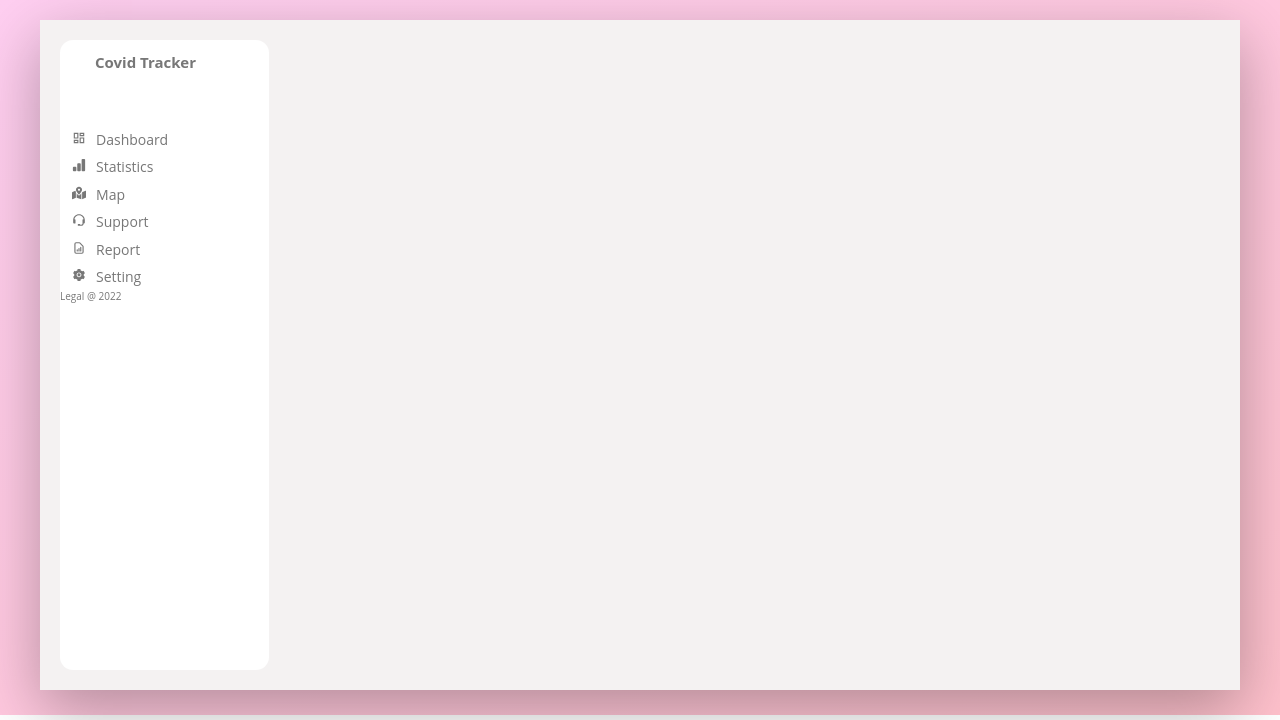
Repository: okidijimmy200/CovidAdminTracker
Page: /
An editor plug-in stored every save of this project. The page is shown before and after a run of saves, followed by the edit.
The browser window is 1280 px wide. The pictures show the whole page.
The project was rebuilt for these pictures with package versions that can differ from the ones it lists, and the page was loaded fresh each time.

Above is the page before, as saved 2022-06-16 11:30:27.

After the next 2 saves:
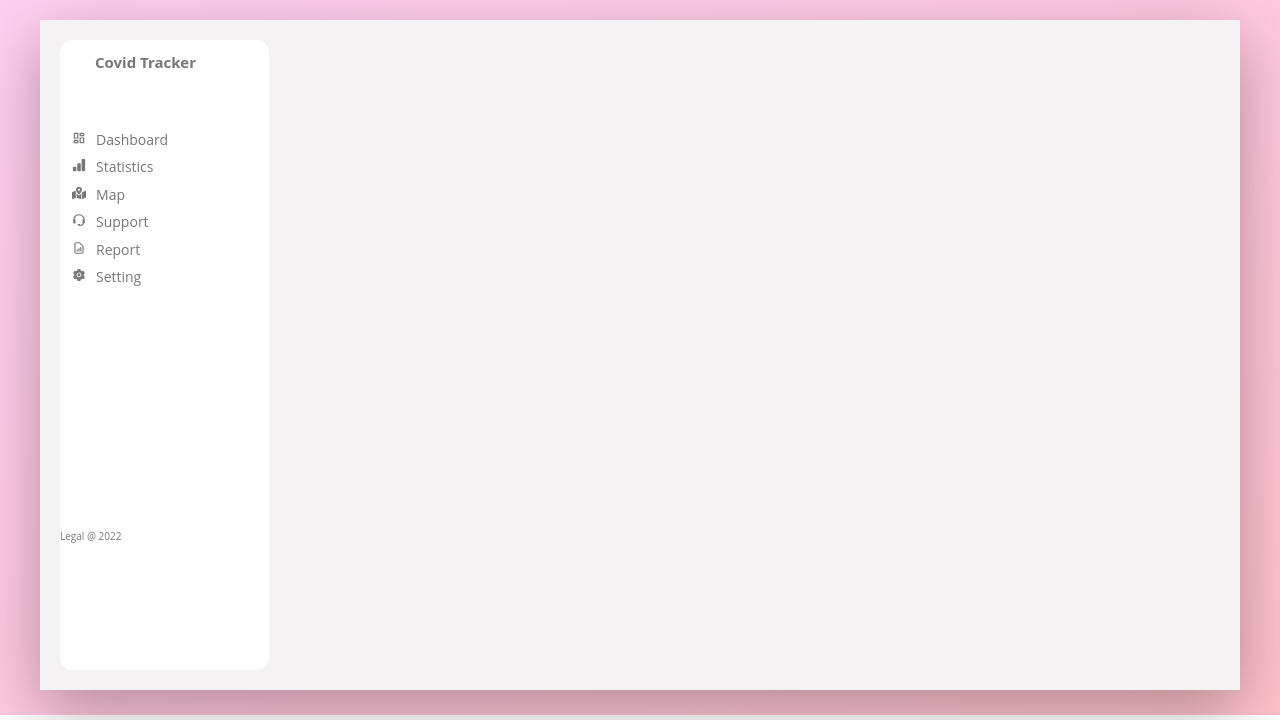
The 2 saves are shown as one change because they came seconds apart.
The last was saved 2 min 16 s later.
--- a/src/sidebar/sidebar.scss
+++ b/src/sidebar/sidebar.scss
@@ -67,7 +67,7 @@
     display: flex;
     flex-direction: column;
     justify-content: space-between;
-    // height: 90rem;
+    height: 45rem;
 }
 .title {
     padding: 1rem 2rem 2rem 3.5rem;
